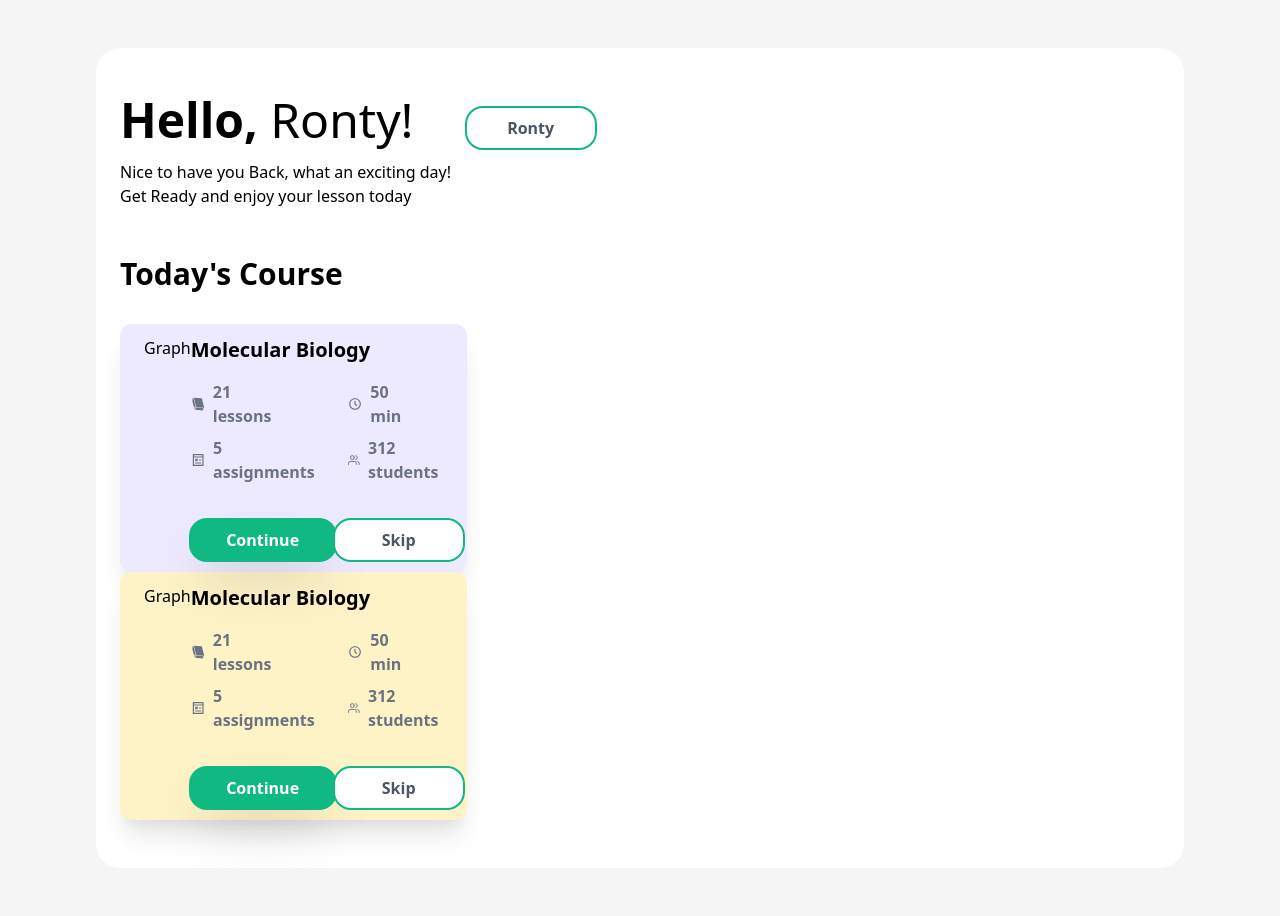
Repository: coolronts/Vite-Tailwind
Page: /
An editor plug-in stored every save of this project. The page is shown before and after the next save, followed by the edit.
The browser window is 1280 px wide. The pictures show the whole page.
The project was rebuilt for these pictures with package versions that can differ from the ones it lists, and the page was loaded fresh each time. Also part of the build but not shown: vite.config.js, src/components/Chart/index.jsx.

Above is the page before, as saved 2021-11-26 13:39:46.

### src/App.jsx
import './App.css'

import {Course, Intro} from './Section'
import { PrimaryButton, SecondaryButton } from './components/Button'

import Chart from './components/Chart'
import {PrimaryCard} from './components/Card'
import SplitScreen from './components/SplitScreen'

function App() {

  return (
    <div className="App bg-white my-12 mx-24 rounded-3xl px-6 py-12">
      <SplitScreen leftWeight = 'w-1/3'>
        <div id="left">
          <Intro/>
          <div id="course">
            <p className="text-3xl font-bold  font-sans mb-8">Today's Course</p>
            <PrimaryCard>
              <Course/>
            </PrimaryCard>
            <PrimaryCard color="yellow">
              <Course/>
            </PrimaryCard>
          </div>
        </div>

        <div id="right">
          <SecondaryButton name="Ronty"/>
        </div>


      </SplitScreen>
    </div>
  )
}

export default App

### src/Section/index.js
import Course from "./Course";
import Intro from "./Intro";

export { Intro, Course };

### src/components/Button/index.jsx
import React from 'react'

export const PrimaryButton = ({name}) =>{
  return (
    <button className="bg-green-500 w-36 py-2 ring-2 ring-green-500 text-white text-md font-semibold shadow-2xl rounded-2xl mt-3">
      {name}
    </button>
  )
}

export const SecondaryButton = ({name}) =>{
  return (
    <button className="bg-white w-32 py-2 ring-2 ring-green-500 text-gray-600 text-md font-semibold  rounded-2xl mt-3">
      {name}
    </button>
  )
}

### src/components/Card/index.jsx
import React from 'react'

export const PrimaryCard =({children, color="purple"}) => {
  return (
    <div className={`bg-${color}-100 py-3 px-6 rounded-xl shadow-xl`}>
      {children}
    </div>
  )
}

### src/components/SplitScreen/index.jsx
import PropTypes from 'prop-types'
import React from "react"
import tw from "tailwind-styled-components"

const Container = tw.div`${(props) => props.weight}`;

const Pane = tw.div`${(props) => props.weight}`;

const SplitScreen = ({
	children,
	containerWeight = 'flex w-full',
  leftWeight = 'w-1/2',
	rightWeight = 'w-1/2',
}) => {
	const [left, right] = children;
	return (
		<Container className={containerWeight}>
			<Pane className={leftWeight}>
				{left}
			</Pane>
			<Pane className={rightWeight}>
				{right}
			</Pane>
		</Container>
	);
}

export default SplitScreen

SplitScreen.propTypes = {
	children: PropTypes.arrayOf(PropTypes.node).isRequired,
	containerWeight: PropTypes.string,
	leftWeight: PropTypes.string,
	rightWeight: PropTypes.string,
}

### src/Section/Course/index.jsx
import {PrimaryButton, SecondaryButton} from '../../components/Button'

import {BiTimeFive} from 'react-icons/bi'
import {FiUsers} from 'react-icons/fi'
import { GiWhiteBook } from 'react-icons/gi'
import React from 'react'
import { RiPagesLine } from 'react-icons/ri'
import SplitScreen from '../../components/SplitScreen'

export default function Course({
  course = "Molecular Biology",
  lessons = "21",
  assignments = "5",
  time = "50",
  students = "312"
}) {
  return (
    <SplitScreen leftWeight = 'w-1/5' rightWeight = 'w-full'>
      <div id="left">
        Graph
      </div>
      <div id="right">
        <h4 className="font-bold text-xl mb-4">{course}</h4>
        <div className="flex flex-col w-5/6">
          <div className="flex  text-gray-500 font-semibold mb-2">
            <p className="flex items-center mr-16"> <GiWhiteBook className="mr-2"/>  {lessons} lessons</p>
            <p className="flex items-center"> <BiTimeFive className="mr-2"/>  {time} min</p>
          </div>
          <div className="flex  text-gray-500 font-semibold text-left">
            <p className="flex items-center mr-8"> <RiPagesLine className="mr-2"/>  {assignments} assignments</p>
            <p className="flex items-center"> <FiUsers className="mr-2"/>  {students} students</p>
          </div>
        </div>
        <div className="flex justify-around mt-6">
          <PrimaryButton name="Continue" />
          <SecondaryButton name="Skip" />
        </div>
      </div>
    </SplitScreen>
  )
}

### src/Section/Intro/index.jsx
import React from 'react'

export default function Intro({name}) {
  return (
    <div className="mb-12">
      <h3 className="text-5xl font-sans font-bold mb-4">Hello, <span className="font-light">Ronty!</span> </h3>
      <div className="font-semibold tracking-wide text-gray-500">

      </div>
      <h5>Nice to have you Back, what an exciting day!</h5>
      <h5>Get Ready and enjoy your lesson today</h5>
    </div>
  )
}

Loaded but not shown: index.html (common file); src/main.jsx (common file); src/index.css (common file); src/App.css (common file); tailwind.config.js (common file)

After the next save:
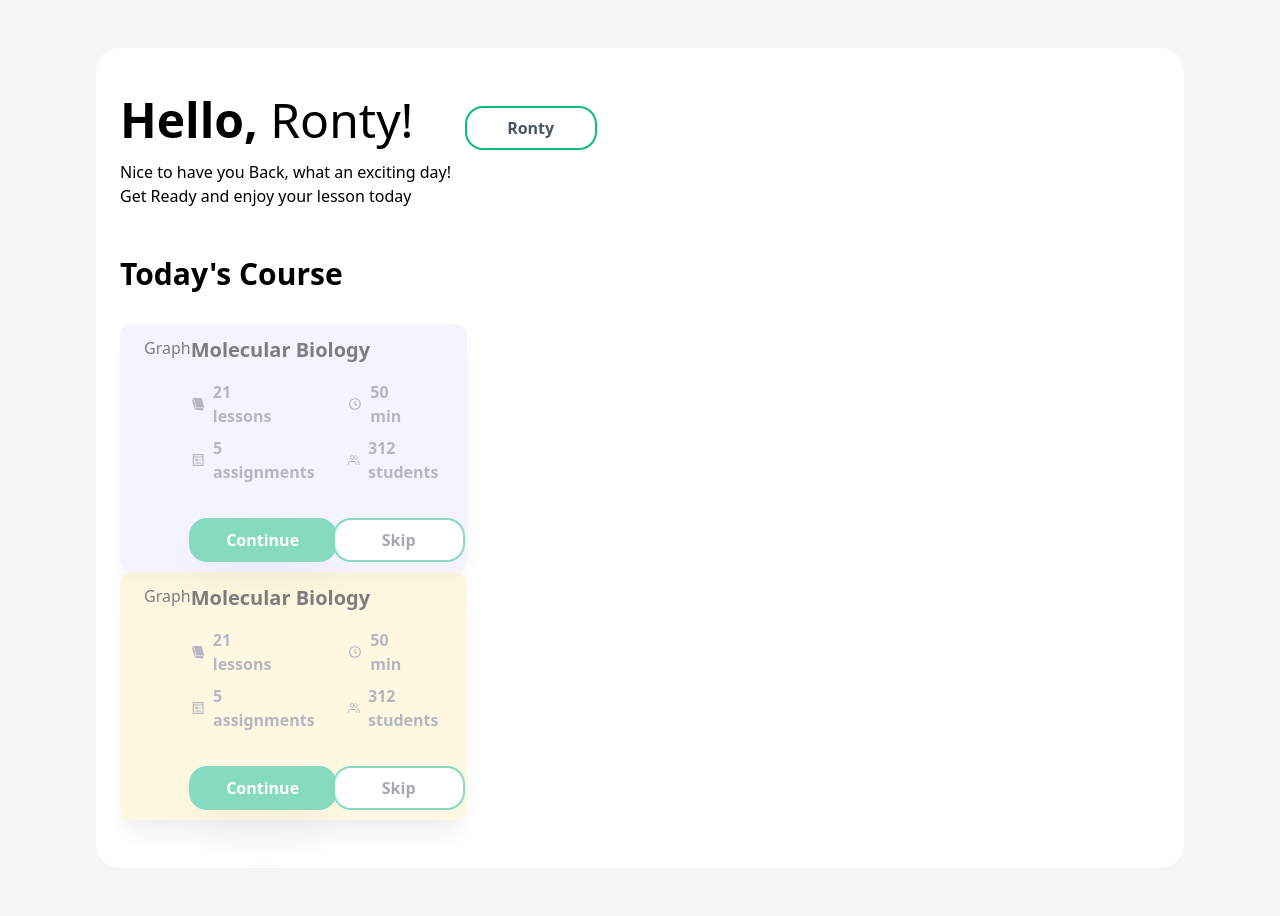
Saved 10 s later.
--- a/src/components/Card/index.jsx
+++ b/src/components/Card/index.jsx
@@ -2,7 +2,7 @@ import React from 'react'
 
 export const PrimaryCard =({children, color="purple"}) => {
   return (
-    <div className={`bg-${color}-100 py-3 px-6 rounded-xl shadow-xl`}>
+    <div className={`bg-${color}-100 py-3 px-6 rounded-xl shadow-xl opacity-50`}>
       {children}
     </div>
   )
